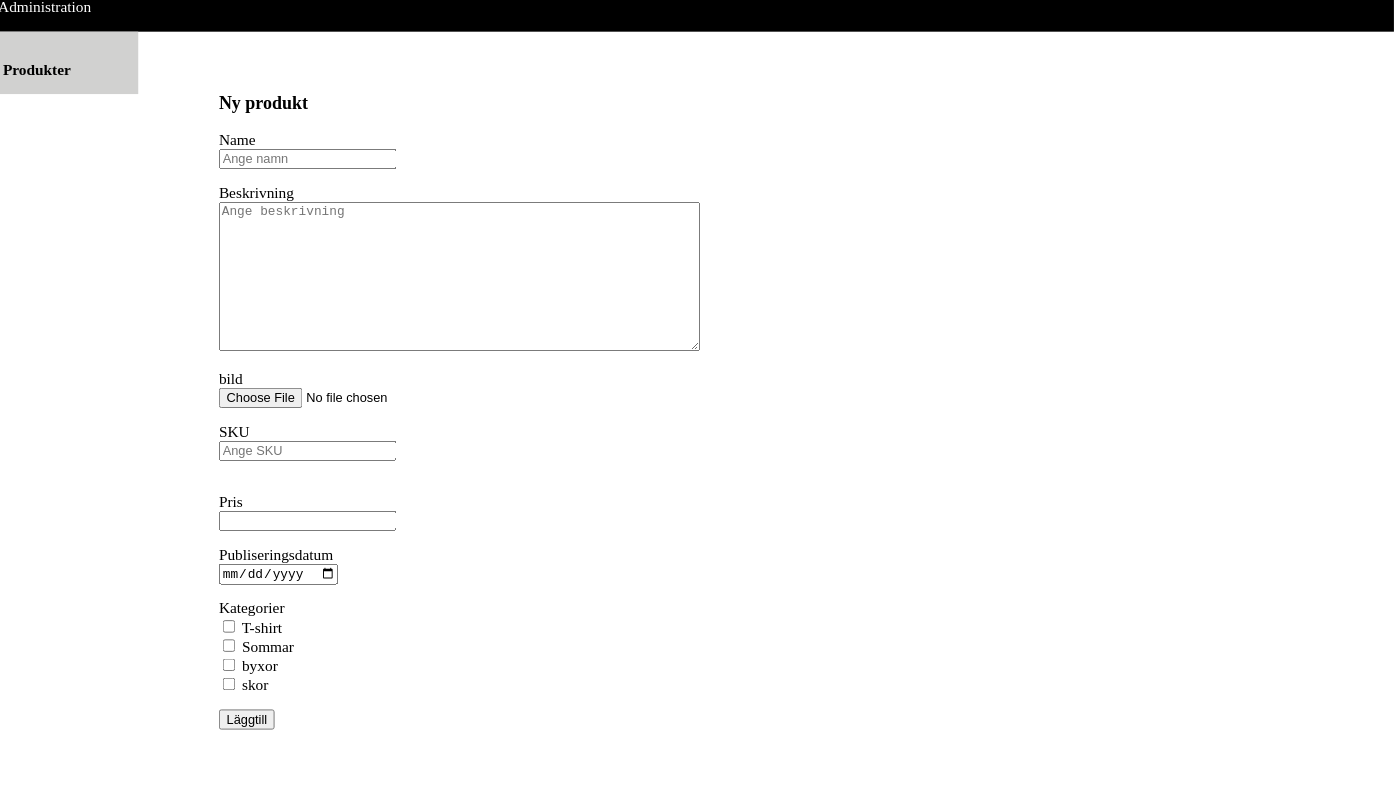
Repository: Kalle1995/project
Page: Nyproduckt.html
These files come from the project's save history. The page is drawn as it stood at one moment and after the next save; the edit follows.
The browser window is 1280 px wide. The page is 1452 px wide, so the pictures cover 1452 px, including what lies to the right of the window. The pictures show the whole page, at 96% of full size.

Above is the page before, as saved 2024-10-06 20:58:21.

### Nyproduckt.html
<!DOCTYPE html>
<html lang="sv">

<head>
    <meta charset="UTF-8">
    <meta name="viewport" content="width=device-width, initial-scale=1.0">
    <title>Nyprodukt</title>
    <link rel="stylesheet" href="main.css">
</head>

<body>


    <aside class="AD">
        <p>
            Administration
        </p>
    </aside>

    <aside class="PR">
        <p>Produkter</p>
    </aside>
    <main>

        <article class="AR">
            <form action="#">
                <h3>
                    Ny produkt
                </h3>
                <div>
                    <p>
                        <label for="name">Name</label> <br>
                        <input type="text" name="fullName" id="fullName" placeholder="Ange namn" required="true">
                    </p>
                </div>

                <p>
                    <label for="massage">Beskrivning</label> <br>
                    <textarea name="message" id="message" cols="60" rows="10" placeholder="Ange beskrivning"></textarea>
                </p>
                <p>
                    <label for="Pic">bild</label> <br>
                    <input type="file" required="true" accept="image/*">
                </p>
                <p>
                    <label for="sku">SKU</label><br>
                    <input type="text" id="sku" name="sku" required pattern="[A-Za-z]{3}[0-9]{3}" title="AAA111"
                        placeholder="Ange SKU"><br><br>

                </p>
                <p>
                    <label for="Pris">Pris</label> <br>
                    <input type="number">
                </p>
                <p>
                    <label for="data">Publiseringsdatum</label> <br>
                    <input type="date" name="data" id="data">
                </p>

                <p>
                    <label for="Kategorier">Kategorier</label> <br>
                    <input type="checkbox">
                    <label for="T-shirt">T-shirt</label><br>
                    <input type="checkbox">
                    <label for="Sommar">Sommar</label><br>
                    <input type="checkbox">
                    <label for="byxor">byxor</label><br>
                    <input type="checkbox">
                    <label for="skor">skor</label>
                </p>

                <div class="läggTill">
                    <button name="läggTill" type="submit" value="">Läggtill</button>
                </div>
            </form>
        </article>
    </main>
</body>
</html>

### main.css
body {
    font-size: 2em;
    display: grid;
}


.head-title {
    text-align: center;
}

.products {
    display: grid;
    gap: 15px;
}

ul {
    list-style-type: none;
    margin: 0;
    padding: 0;

}

.search {
    border: 2px solid gray;
    border-radius: 12px;
    padding: 5px;
    display: inline;
    background-image: url(bilder/search.png);
    background-repeat: no-repeat;
    background-position: 4px;
    padding-left: 25px;

}

.NavList {
    padding-bottom: 10px;
    padding-top: 10px;

}

.hide-on-mobile {
    display: none;
}

.nav-list-item {
    a {
        text-decoration: none;
    }
}

.product {
    position: relative;
}

.product-icon {
    right: 20px;
    bottom: 80px;
    position: absolute;
}

.product-pic {
    width: 100%;
    height: auto;
}

.head {
    display: flex;
    flex-direction: column;
}

.head-image {
    width: 100%;
}

.wholeHead {
    display: flex;
    flex-direction: row;
}

.searchAndIcons {
    width: 100%;
    display: flex;
    flex-direction: row;
    margin: auto 0 auto 20px;
}

.search {
    height: 30px;
    width: 100%;
    max-width: 400px;
    margin-right: 10px;
}

.headIcons {
    display: flex;
    gap: 10px;
    margin-right: 0;
    margin-left: auto;

    img {
        height: 30px;
    }
}

.icon {
    width: 300px;
}

.small-footer {
    display: none;
}

header {
    padding: 20px;
}

main {
    padding: 20px;
}


@media (max-width: 640px) {
    .mid {
        position: relative;
        display: block;
        font-size: medium;
    }

    li {
        margin-bottom: 3px;
    }

    .icon {
        width: 100%;
    }

    .wholeHead {
        flex-direction: column;
    }

    .search {
        height: 35px;
        width: 100%;
        max-width: 400px;
    }

    .headIcons {
        img {
            height: 35px;
        }
    }

    .searchAndIcons {
        margin-top: 10px;
        margin-left: 0;
    }

    .small-footer {
        display: block;
    }

    .normal-footer {
        display: none;
    }
}

@media (min-width: 640px) {
    .products {
        grid-template-columns: repeat(2, 1fr);
    }

    .mid {
        position: relative;
        display: block;
        font-size: large;
    }

    li {
        display: inline;
        margin-right: 5px;
    }
}

body {
    font-size: 1.5em;
}

@media (min-width: 1024px) {
    .products {
        grid-template-columns: repeat(4, 1fr);
    }

    body {
        font-size: 1em;
    }

    .listan {
        display: flex;
    }

    li {
        display: inline;
        margin-right: 5px;
    }

    .hide-on-mobile {
        display: inline-block;
    }

    .head {
        flex-direction: row-reverse;
    }
}





/*
    @media (max-width:1024px) {
        .ejnav {
            display: none;
        }

      }
*/



/*
      @media print {
        body {
            font-size: 4em;
        }
        img {
            display: none;
        }
      }
*/



/*
här för Nyproduckt sidan
*/


.slide-item {
    display: flex;
    flex-direction: row;
    gap: 20px
}

.slide-image {
    width: 32%;
    margin: auto;
}

header>h3 {
    position: absolute;
    left: 10px;
    bottom: auto;
}

.vänster {
    display: grid;
    grid-template-rows: 100%;
    background-color: gray;
}

.w-100 {
    width: 100%;
}

.liggTill {
    hero-text button: hover
}


/*
kassa sidan
*/

.kassa {
    text-align: center;

}






.buy>button {
    display: grid;
    align-items: center;
    width: 80px;
    height: 30px;
    background-color: rgb(255, 255, 255);
    margin-left: 50%;
    font-weight: bold;
    border-radius: 10px;

}



.custom.btn-success {
    color: red;
}

.no-space {
    margin: 0;
    padding: 0;
    border: none;
    border-top: 1px solid black;
    /* Valfri färg eller stil på linjen */
}


body {
    padding: 0;
}

.normal-footer {
    padding: 15px;
    background-color: rgb(207, 206, 206)
}

.list-container {
    display: inline-flex;
    justify-content: space-between;
    /* Ser till att listorna sprids ut jämnt */
    gap: 150px;
    /* Mellanrum mellan listorna */
}

.list {
    flex: 1;
    /* Gör att listorna tar upp lika mycket plats */
    padding-left: 15px;
}

.list h3 {
    margin-bottom: 20px;
}

.list li {
    list-style-type: none;
    /* ingen punkter i listan */
    padding: 0;
}

.list li ul {
    margin-bottom: 10px;
}




/*
Administration
*/

.AD {
    width: 115%;
    padding-left: 15px;
    margin-left: -25px;
    margin-top: -25px;
    float: left;
    font-style: normal;
    background-color: rgb(0, 0, 0);
    position: relative;
    display: flex;
    color: white;
}

.PR {
    background-color: rgb(209, 209, 208);
    height: auto;
    margin-left: -25px;
    padding-left: 20px;
    margin-right: auto;
    padding-right: 70px;
    padding-top: 15px;
    font-weight: bold;
    position: relative;
}

.AR {
    position: relative;
    ;
    left: 200px;
    top: -40px;

}













/*

.Company{
    text-align: center;
    bottom: auto;
}

After the next save:
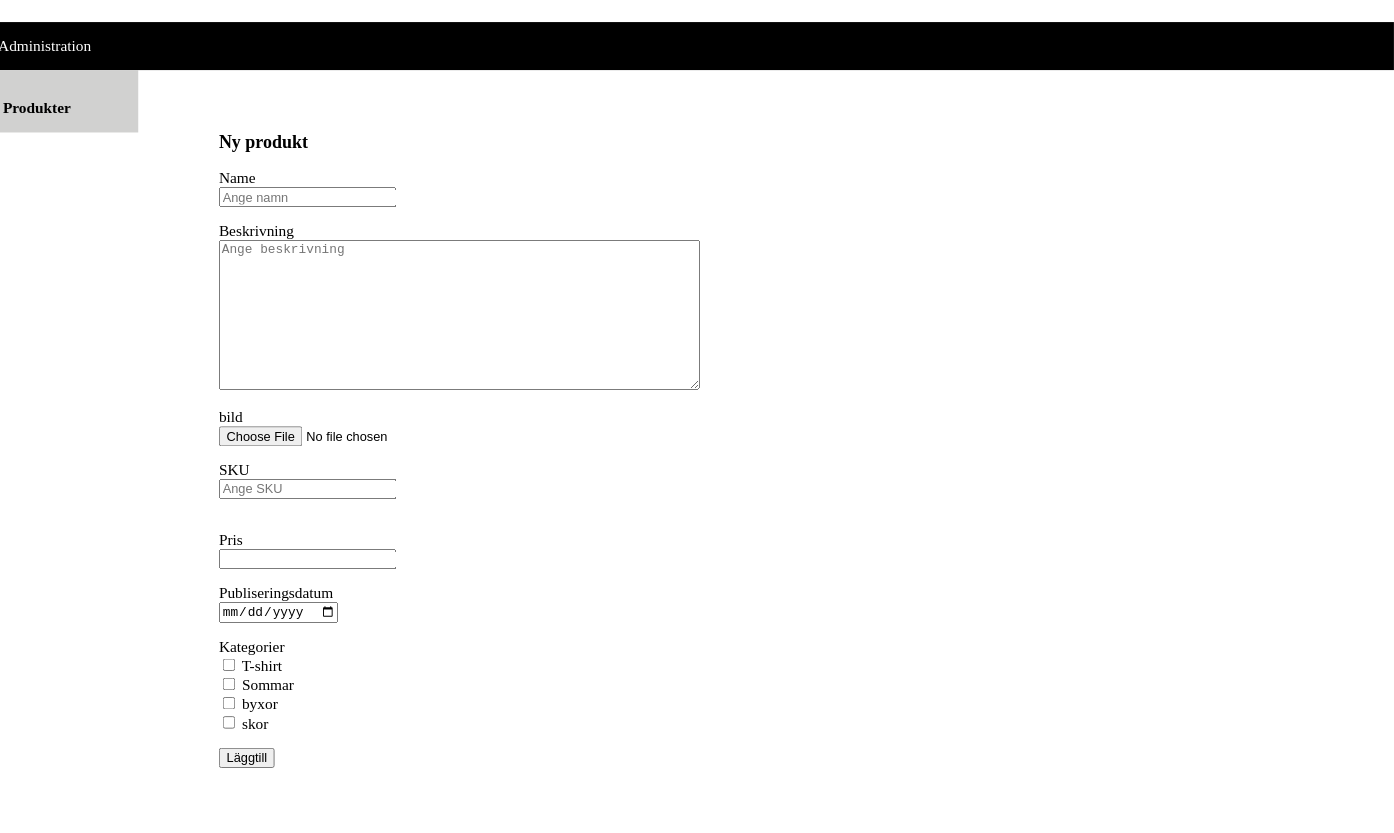
Saved 13 s later.
--- a/Nyproduckt.html
+++ b/Nyproduckt.html
@@ -9,7 +9,9 @@
 </head>
 
 <body>
+    <header>
 
+    </header>
 
     <aside class="AD">
         <p>
